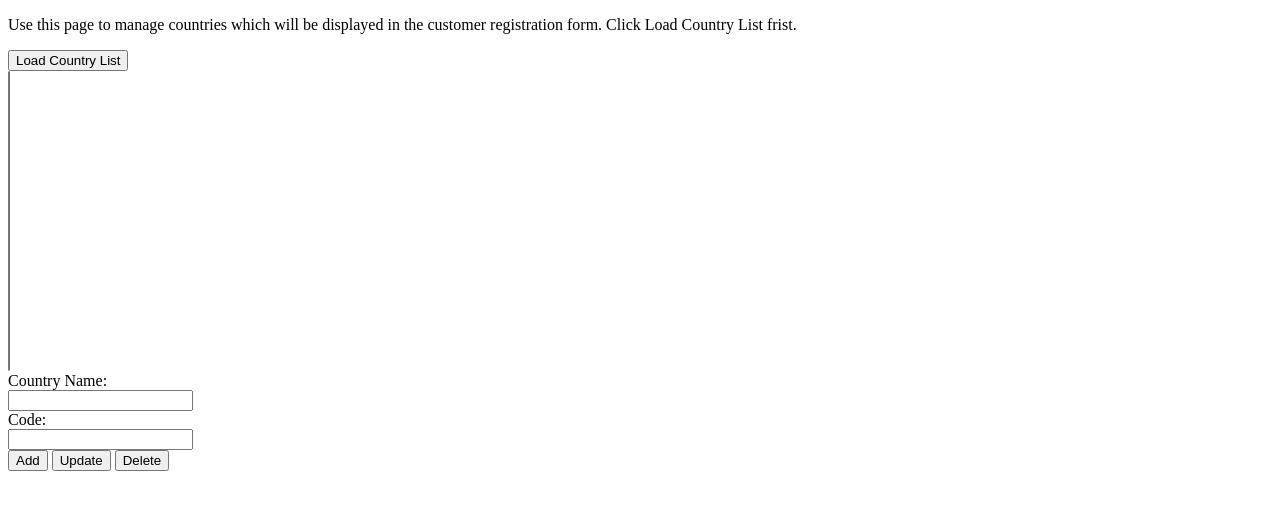
Repository: Tungk02/Shopme
Page: http://localhost/settings/states
The author's editor kept a copy of each file at every save. The page is drawn from the files as they stood at one save, then again after the next save.
The browser window is 1280 px wide. The pictures show the whole page.
The page is this project's Thymeleaf template; nobody is signed in. The template is opened directly, without the code that normally fills it, so the values that code supplies are empty.

Above is the page before, as saved 2023-11-25 16:34:39.

After the next save:
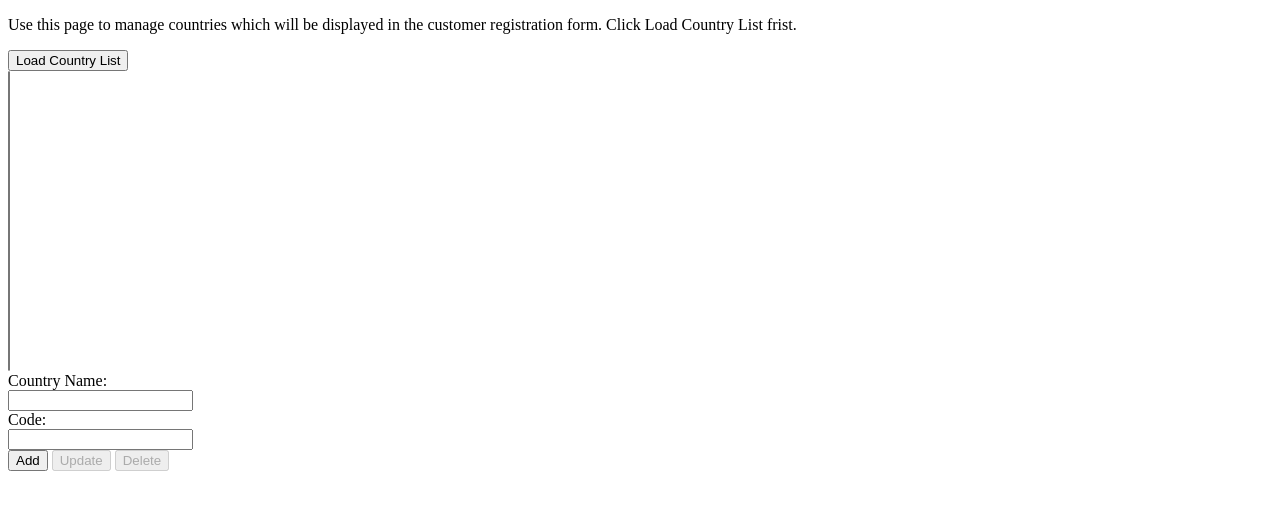
Saved 6 min 24 s later.
--- a/ShopmeEcommerce/ShopmeProject/ShopmeWebParent/ShopmeBackEnd/src/main/resources/templates/settings/states.html
+++ b/ShopmeEcommerce/ShopmeProject/ShopmeWebParent/ShopmeBackEnd/src/main/resources/templates/settings/states.html
@@ -28,8 +28,8 @@
 			</div>
 			<div class="col-lg-4 mt-2">
 				<input type="button" value="Add" class="btn btn-secondary mr-2" />
-				<input type="button" value="Update" class="btn btn-secondary mr-2" />
-				<input type="button" value="Delete" class="btn btn-secondary" />
+				<input type="button" value="Update" class="btn btn-secondary mr-2" disabled="disabled" />
+				<input type="button" value="Delete" class="btn btn-secondary" disabled="disabled" />
 			</div>
 		</div>
 	</div>
